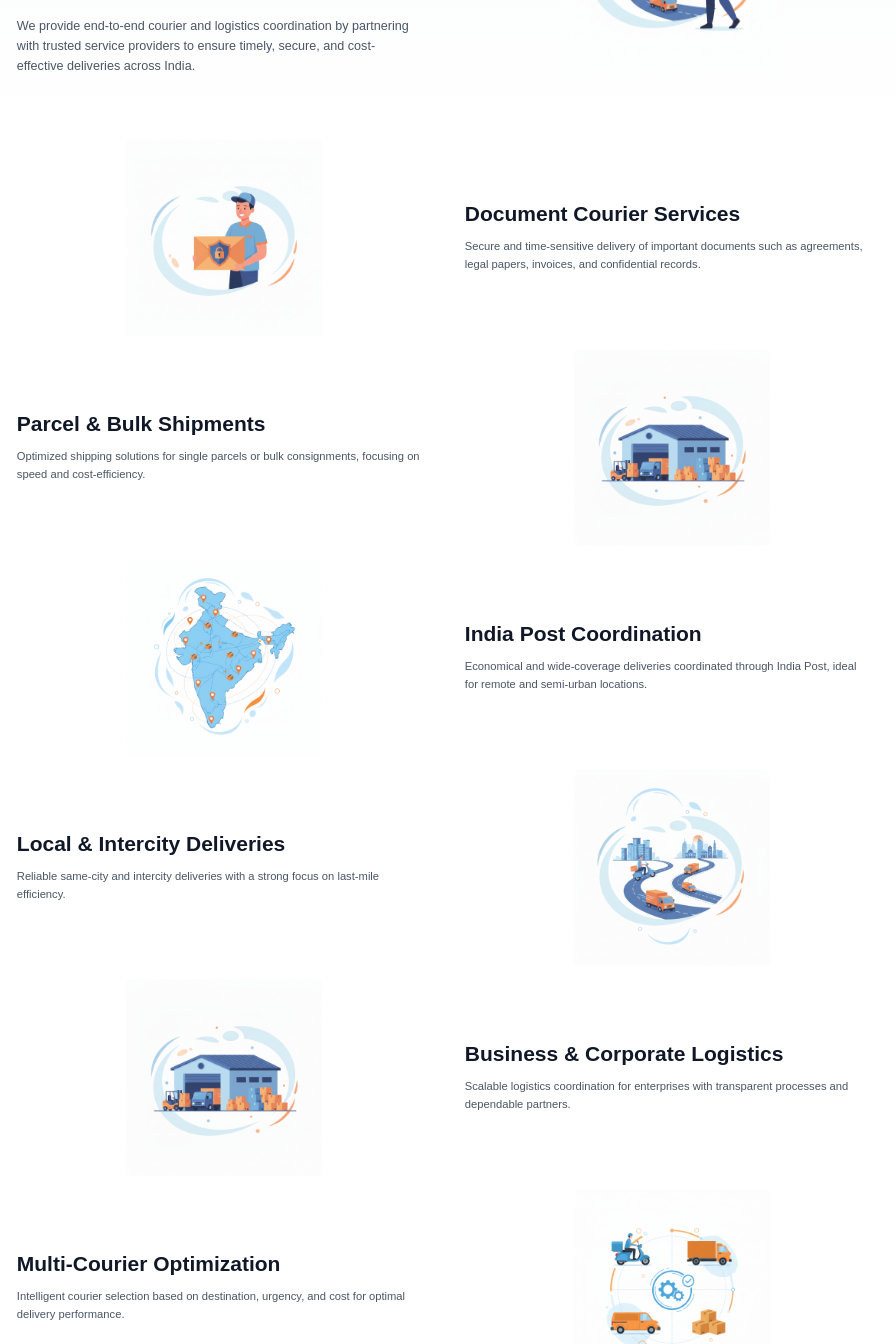
Repository: Rohit-foryou/Courier-Portfolio
Page: /services
The author's editor kept a copy of each file at every save. The page is drawn from the files as they stood at one save, then again after a run of saves.
The browser window is 1280 px wide. The pictures show the part of the page from y = 369 to 2289 px (the page is 3904 px tall before and 3792 px after), at 70% of full size.
The project was rebuilt for these pictures with package versions that can differ from the ones it lists, and the page was loaded fresh each time. The framework's server and built-in components were replaced by stand-ins that run in the browser. Also part of the build but not shown: next.config.ts.

Above is the page before, as saved 2026-02-10 00:38:42.

After the next 2 saves:
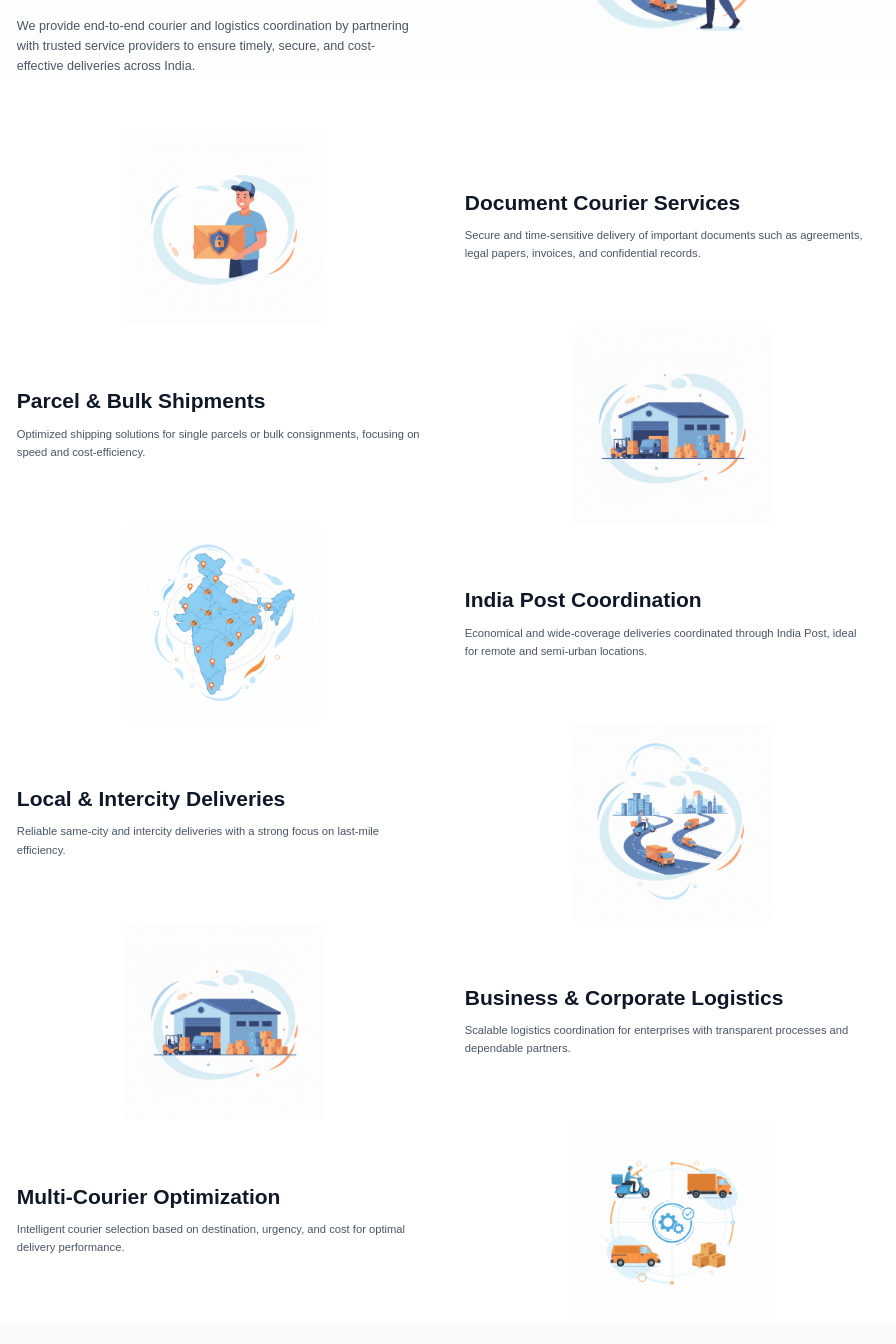
The 2 saves are shown as one change because they came seconds apart.
The last was saved 8 s later.
--- a/app/services/page.tsx
+++ b/app/services/page.tsx
@@ -71,8 +71,8 @@
       </section>
 
       {/* CORE SERVICES */}
-      <section className="bg-white py-5">
-        <div className="max-w-7xl mx-auto px-6 space-y-5">
+      <section className="bg-white py-1">
+        <div className="max-w-7xl mx-auto px-6 space-y-1">
           {services.map((s, i) => {
             const imageLeft = i % 2 === 0; // 👈 FIRST IMAGE LEFT
 
